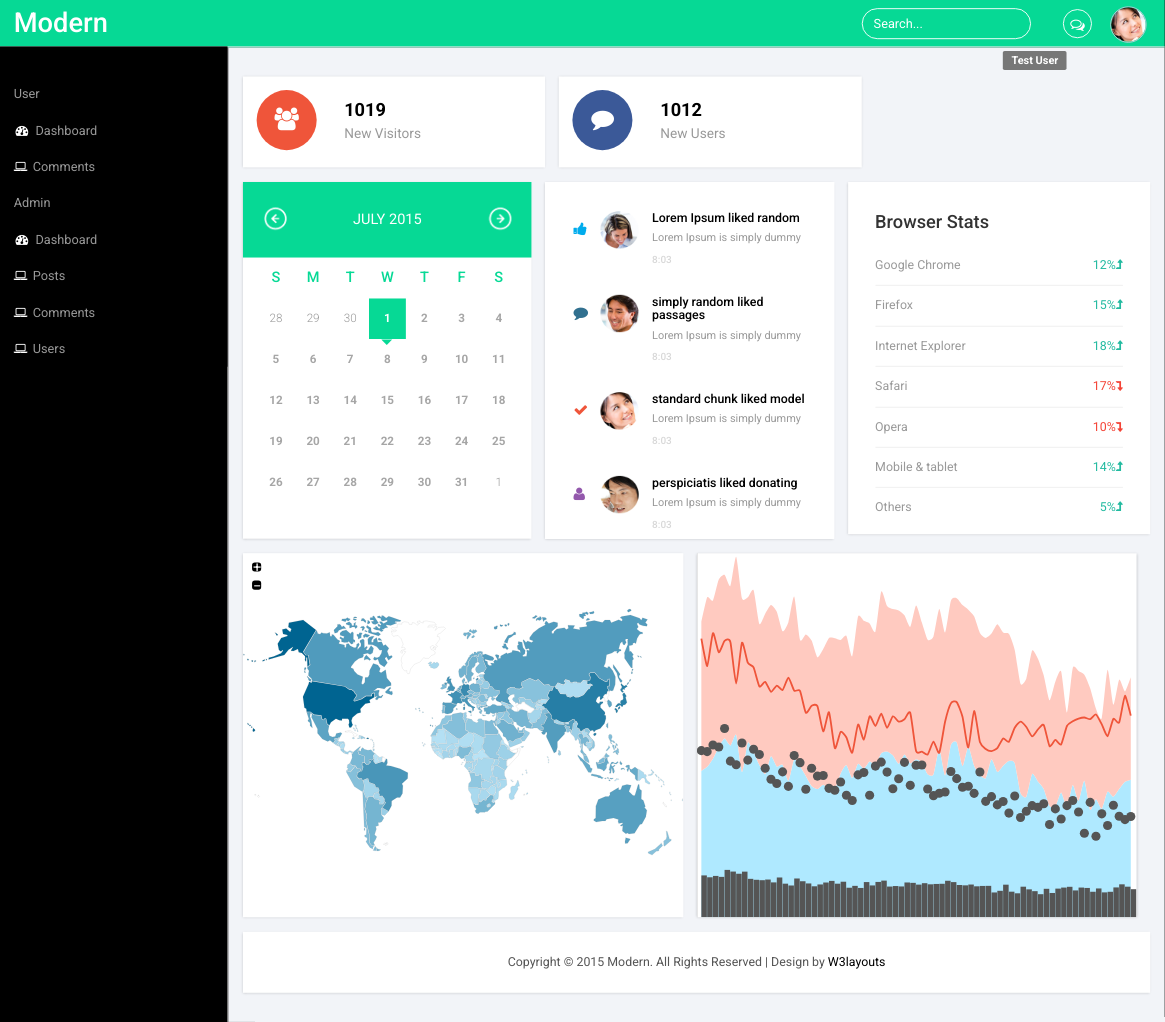
Repository: NomanMustafa/laravel-blog
Page: http://localhost/user/dashboard
The author's editor kept a copy of each file at every save. The page is drawn from the files as they stood at one save, then again after the next save.
The browser window is 1280 px wide. The pictures show the whole page, at 91% of full size.
The page is served by the project's Laravel application, run on PHP 8.4 with Laravel 8. A made-up administrator, Test User (test@example.com), is signed in. Other server files are loaded and not shown.

Above is the page before, as saved 2020-07-06 14:15:14.

### routes/web.php
<?php

use Illuminate\Support\Facades\Route;

/*
|--------------------------------------------------------------------------
| Web Routes
|--------------------------------------------------------------------------
|
| Here is where you can register web routes for your application. These
| routes are loaded by the RouteServiceProvider within a group which
| contains the "web" middleware group. Now create something great!
|
 */

// Route::get('/', function () {
//     return view('welcome');
// });
Route::get('/', 'PublicControler@index')->name('index');
Route::get('post/{post}', 'PublicControler@singlePost')->name('singlePost');
Route::get('/about', 'PublicControler@about')->name('about');
Route::get('/contect', 'PublicControler@contect')->name('contect');
Route::post('/contect', 'PublicControler@contectPost')->name('contectPost');

Auth::routes();
Route::get('/dashboard', 'HomeController@index')->name('dashboard');

Route::prefix('user')->group(function () {
    Route::get('dashboard', 'UserController@dashboard')->name('userDashboard');
    Route::get('comments', 'UserController@comments')->name('userComments');
    Route::get('profile', 'UserController@profile')->name('userProfile');
    Route::post('profile', 'UserController@profilePost')->name('userProfilePost');
});

Route::prefix('author')->group(function () {
    Route::get('dashboard', 'AuthorController@dashboard')->name('authorDashboard');
    Route::get('posts', 'AuthorController@posts')->name('authorPosts');
    Route::get('comments', 'AuthorController@comments')->name('authorComments');
});

Route::prefix('admin')->group(function () {
    Route::get('/dashboard', 'AdminController@dashboard')->name('adminDashboard');
    Route::get('/posts', 'AdminController@posts')->name('adminPosts');
    Route::get('/comments', 'AdminController@comments')->name('adminComments');
    Route::get('/users', 'AdminController@users')->name('adminUsers');
});

### app/Http/Controllers/UserController.php
<?php

namespace App\Http\Controllers;

use Illuminate\Http\Request;
use App\Http\Requests\UpdateUser;
use Illuminate\Support\Facades\Auth;

class UserController extends Controller
{
    public function dashboard()
    {
        return view('user.dashboard');
    }

    public function comments()
    {
        return view('user.comments');
    }
    public function profile()
    {
        return view('user.profile');
    }
    public function profilePost(UpdateUser $request)
    {
        $user= Auth::user();
        $user->name = $request['name'];
        $user->email = $request['email'];
        $user->save();

        return back();

        dd($request->all());
    }

}

### resources/views/user/dashboard.blade.php
@extends('layouts.admin')

@section('content')
  <div id="page-wrapper">
        <div class="graphs">
     	<div class="col_3">

        	<div class="col-md-4 widget widget1">
        		<div class="r3_counter_box">
                    <i class="pull-left fa fa-users user1 icon-rounded"></i>
                    <div class="stats">
                      <h5><strong>1019</strong></h5>
                      <span>New Visitors</span>
                    </div>
                </div>
        	</div>
        	<div class="col-md-4 widget widget1">
        		<div class="r3_counter_box">
                    <i class="pull-left fa fa-comment user2 icon-rounded"></i>
                    <div class="stats">
                      <h5><strong>1012</strong></h5>
                      <span>New Users</span>
                    </div>
                </div>
        	</div>

        	<div class="clearfix"> </div>
      </div>
      <div class="col_1">
		    <div class="col-md-4 span_7">
		      <div class="cal1 cal_2"><div class="clndr"><div class="clndr-controls"><div class="clndr-control-button"><p class="clndr-previous-button">previous</p></div><div class="month">July 2015</div><div class="clndr-control-button rightalign"><p class="clndr-next-button">next</p></div></div><table class="clndr-table" border="0" cellspacing="0" cellpadding="0"><thead><tr class="header-days"><td class="header-day">S</td><td class="header-day">M</td><td class="header-day">T</td><td class="header-day">W</td><td class="header-day">T</td><td class="header-day">F</td><td class="header-day">S</td></tr></thead><tbody><tr><td class="day adjacent-month last-month calendar-day-2015-06-28"><div class="day-contents">28</div></td><td class="day adjacent-month last-month calendar-day-2015-06-29"><div class="day-contents">29</div></td><td class="day adjacent-month last-month calendar-day-2015-06-30"><div class="day-contents">30</div></td><td class="day calendar-day-2015-07-01"><div class="day-contents">1</div></td><td class="day calendar-day-2015-07-02"><div class="day-contents">2</div></td><td class="day calendar-day-2015-07-03"><div class="day-contents">3</div></td><td class="day calendar-day-2015-07-04"><div class="day-contents">4</div></td></tr><tr><td class="day calendar-day-2015-07-05"><div class="day-contents">5</div></td><td class="day calendar-day-2015-07-06"><div class="day-contents">6</div></td><td class="day calendar-day-2015-07-07"><div class="day-contents">7</div></td><td class="day calendar-day-2015-07-08"><div class="day-contents">8</div></td><td class="day calendar-day-2015-07-09"><div class="day-contents">9</div></td><td class="day calendar-day-2015-07-10"><div class="day-contents">10</div></td><td class="day calendar-day-2015-07-11"><div class="day-contents">11</div></td></tr><tr><td class="day calendar-day-2015-07-12"><div class="day-contents">12</div></td><td class="day calendar-day-2015-07-13"><div class="day-contents">13</div></td><td class="day calendar-day-2015-07-14"><div class="day-contents">14</div></td><td class="day calendar-day-2015-07-15"><div class="day-contents">15</div></td><td class="day calendar-day-2015-07-16"><div class="day-contents">16</div></td><td class="day calendar-day-2015-07-17"><div class="day-contents">17</div></td><td class="day calendar-day-2015-07-18"><div class="day-contents">18</div></td></tr><tr><td class="day calendar-day-2015-07-19"><div class="day-contents">19</div></td><td class="day calendar-day-2015-07-20"><div class="day-contents">20</div></td><td class="day calendar-day-2015-07-21"><div class="day-contents">21</div></td><td class="day calendar-day-2015-07-22"><div class="day-contents">22</div></td><td class="day calendar-day-2015-07-23"><div class="day-contents">23</div></td><td class="day calendar-day-2015-07-24"><div class="day-contents">24</div></td><td class="day calendar-day-2015-07-25"><div class="day-contents">25</div></td></tr><tr><td class="day calendar-day-2015-07-26"><div class="day-contents">26</div></td><td class="day calendar-day-2015-07-27"><div class="day-contents">27</div></td><td class="day calendar-day-2015-07-28"><div class="day-contents">28</div></td><td class="day calendar-day-2015-07-29"><div class="day-contents">29</div></td><td class="day calendar-day-2015-07-30"><div class="day-contents">30</div></td><td class="day calendar-day-2015-07-31"><div class="day-contents">31</div></td><td class="day adjacent-month next-month calendar-day-2015-08-01"><div class="day-contents">1</div></td></tr></tbody></table></div></div>
		    </div>
		    <div class="col-md-4 span_8">
		       <div class="activity_box">
		        <div class="scrollbar" id="style-2">
                   <div class="activity-row">
	                 <div class="col-xs-1"><i class="fa fa-thumbs-up text-info icon_13"> </i>  </div>
	                 <div class="col-xs-3 activity-img"><img src='{{ asset('admin/assets/images/5.png') }}' class="img-responsive" alt=""/></div>
	                 <div class="col-xs-8 activity-desc">
	                 	<h5><a href="#">Lorem Ipsum</a> liked <a href="#">random</a></h5>
	                    <p>Lorem Ipsum is simply dummy</p>
	                    <h6>8:03</h6>
	                 </div>
	                 <div class="clearfix"> </div>
                    </div>
	  			    <div class="activity-row">
	                 <div class="col-xs-1"><i class="fa fa-comment text-info"></i> </div>
	                 <div class="col-xs-3 activity-img"><img src='{{ asset('admin/assets/images/3.png') }}' class="img-responsive" alt=""/></div>
	                 <div class="col-xs-8 activity-desc">
	                 	<h5><a href="#">simply random</a> liked <a href="#">passages</a></h5>
	                    <p>Lorem Ipsum is simply dummy</p>
	                    <h6>8:03</h6>
	                 </div>
	                 <div class="clearfix"> </div>
                    </div>
                    <div class="activity-row">
	                 <div class="col-xs-1"><i class="fa fa-check text-info icon_11"></i></div>
	                 <div class="col-xs-3 activity-img"><img src='{{ asset('admin/assets/images/1.png') }}' class="img-responsive" alt=""/></div>
	                 <div class="col-xs-8 activity-desc">
	                 	<h5><a href="#">standard chunk</a> liked <a href="#">model</a></h5>
	                    <p>Lorem Ipsum is simply dummy</p>
	                    <h6>8:03</h6>
	                 </div>
	                 <div class="clearfix"> </div>
                    </div>
                    <div class="activity-row1">
	                 <div class="col-xs-1"><i class="fa fa-user text-info icon_12"></i></div>
	                 <div class="col-xs-3 activity-img"><img src='{{ asset('admin/assets/images/4.png') }}' class="img-responsive" alt=""/></div>
	                 <div class="col-xs-8 activity-desc">
	                 	<h5><a href="#">perspiciatis</a> liked <a href="#">donating</a></h5>
	                    <p>Lorem Ipsum is simply dummy</p>
	                    <h6>8:03</h6>
	                 </div>
	                 <div class="clearfix"> </div>
                     </div>
	  		        </div>
		          </div>
		    </div>
			<div class="col-md-4 stats-info">
                <div class="panel-heading">
                    <h4 class="panel-title">Browser Stats</h4>
                </div>
                <div class="panel-body">
                    <ul class="list-unstyled">
                        <li>Google Chrome<div class="text-success pull-right">12%<i class="fa fa-level-up"></i></div></li>
                        <li>Firefox<div class="text-success pull-right">15%<i class="fa fa-level-up"></i></div></li>
                        <li>Internet Explorer<div class="text-success pull-right">18%<i class="fa fa-level-up"></i></div></li>
                        <li>Safari<div class="text-danger pull-right">17%<i class="fa fa-level-down"></i></div></li>
                        <li>Opera<div class="text-danger pull-right">10%<i class="fa fa-level-down"></i></div></li>
                        <li>Mobile &amp; tablet<div class="text-success pull-right">14%<i class="fa fa-level-up"></i></div></li>
                        <li class="last">Others<div class="text-success pull-right">5%<i class="fa fa-level-up"></i></div></li>
                    </ul>
                </div>
            </div>
            <div class="clearfix"> </div>
	  </div>
	  <div class="span_11">
		<div class="col-md-6 col_4">
		  <div class="map_container"><div id="vmap" style="width: 100%; height: 400px;"></div></div>
		  <!----Calender -------->
			<link rel="stylesheet" href="{{ asset('admin/assets/css/clndr.css') }}" type="text/css" />
			<script src="{{ asset('admin/assets/js/underscore-min.js') }}" type="text/javascript"></script>
			<script src= "{{ asset('admin/assets/js/moment-2.2.1.js') }}" type="text/javascript"></script>
			<script src="{{ asset('admin/assets/js/clndr.js') }}" type="text/javascript"></script>
			<script src="{{ asset('admin/assets/js/site.js') }}" type="text/javascript"></script>
			<!----End Calender -------->
		</div>
		<div class="col-md-6 col_5">
		  <div id="chart_container">
		   <div id="chart"></div>
	       <div id="slider"></div>
@endsection

### resources/views/includes/admin/headerNavigation.blade.php
  <nav class="top1 navbar navbar-default navbar-static-top" role="navigation" style="margin-bottom: 0">
<div class="navbar-header">
     <button type="button" class="navbar-toggle" data-toggle="collapse" data-target=".navbar-collapse">
         <span class="sr-only">Toggle navigation</span>
         <span class="icon-bar"></span>
         <span class="icon-bar"></span>
         <span class="icon-bar"></span>
     </button>
     <a class="navbar-brand" href="index.html">Modern</a>
 </div>
 <!-- /.navbar-header -->
 <ul class="nav navbar-nav navbar-right">
     <li class="dropdown">
         <a href="#" class="dropdown-toggle" data-toggle="dropdown" aria-expanded="false"><i class="fa fa-comments-o"></i></a> <span class="badge">{{ Auth::user()->name }}</span>

     <li class="dropdown">
         <a href="#" class="dropdown-toggle avatar" data-toggle="dropdown"><img src="{{ asset('admin/assets/images/1.png') }}"></a>
         <ul class="dropdown-menu">

             <form id="logout-form" method="post" action="{{ route('logout') }}"> @csrf </form>
             <li class="m_2"><a href="#" onclick="document.getElementById('logout-form').submit();"><i class="fa fa-lock"></i> Logout</a></li>
         </ul>
     </li>
 </ul>
 <form class="navbar-form navbar-right">
     <input type="text" class="form-control" value="Search..." onfocus="this.value = '';" onblur="if (this.value == '') {this.value = 'Search...';}">
 </form>

### resources/views/includes/admin/sideBar.blade.php
<div class="navbar-default sidebar" role="navigation">
    <div class="sidebar-nav navbar-collapse">
        <ul class="nav" id="side-menu">
            <li><a>User</a> </li>
            <li>
                <a href="{{ route('userDashboard') }}"><i class="fa fa-dashboard fa-fw nav_icon {{ Route::currentRouteName()== 'userDashboard' ? 'active': ''}}"></i>Dashboard</a>
            </li>
            <li>
                <a href="{{ route('userComments') }}"><i class="fa fa-laptop nav_icon {{ Route::currentRouteName()== 'userComments' ? 'active': ''}}" ></i>Comments</a>

                <!-- /.nav-second-level -->
            </li>
            @if(Auth::user()->author==true)
            <li> <a>Author</a> </li>
            <li>
                <a href="{{ route('authorDashboard') }}"><i class="fa fa-dashboard fa-fw nav_icon {{ Route::currentRouteName()== 'authorDashboard' ? 'active': ''}}"></i>Dashboard</a>
            </li>
            <li>
                <a href="{{ route('authorPosts') }}"><i class="fa fa-laptop nav_icon {{ Route::currentRouteName()== 'authorPosts' ? 'active': ''}}"></i>Posts</a>

                <!-- /.nav-second-level -->
            </li>
            <li>
                <a href="{{ route('authorComments') }}"><i class="fa fa-laptop nav_icon {{ Route::currentRouteName()== 'authorComments' ? 'active': ''}}"></i>Comments</a>

                <!-- /.nav-second-level -->
            </li>
            @endif
            @if(Auth::user()->admin==true)
            <li><a>Admin</a></li>
            <li>
                <a href="{{ route('adminDashboard') }}"><i class="fa fa-dashboard fa-fw nav_icon {{ Route::currentRouteName()== 'adminDashboard' ? 'active': ''}}"></i>Dashboard</a>
            </li>
            <li>
                <a href="{{ route('adminPosts') }}"><i class="fa fa-laptop nav_icon {{ Route::currentRouteName()== 'adminPosts' ? 'active': ''}}"></i>Posts</a>

                <!-- /.nav-second-level -->
            </li>
            <li>
                <a href="{{ route('adminComments') }}"><i class="fa fa-laptop nav_icon {{ Route::currentRouteName()== 'adminComments' ? 'active': ''}}"></i>Comments</a>

                <!-- /.nav-second-level -->
            </li>
            <li>
                <a href="{{ route('adminUsers') }}"><i class="fa fa-laptop nav_icon {{ Route::currentRouteName()== 'adminUsers' ? 'active': ''}}"></i>Users</a>

                <!-- /.nav-second-level -->
            </li>

            @endif

        </ul>
    </div>
    <!-- /.sidebar-collapse -->
</div>
<!-- /.navbar-static-side -->
  </nav>

### public/admin/assets/css/custom.css
#wrapper {
    width: 100%;
}
#page-wrapper {
    /*--padding: 0 15px;--*/
    min-height: 568px;
    background-color: #fff;
}

@media(min-width:768px) {
    #page-wrapper {
        position: inherit;
        margin: 0 0 0 250px;
        /*--padding: 0 30px;--*/
        border-left: 1px solid #e7e7e7;
    }
}

.navbar-top-links {
    margin-right: 0;
}

.navbar-top-links li {
    display: inline-block;
}

.navbar-top-links li:last-child {
    margin-right: 15px;
}

.navbar-top-links li a {
    padding: 15px;
    min-height: 50px;
}

.navbar-top-links .dropdown-menu li {
    display: block;
}

.navbar-top-links .dropdown-menu li:last-child {
    margin-right: 0;
}

.navbar-top-links .dropdown-menu li a {
    padding: 3px 20px;
    min-height: 0;
}

.navbar-top-links .dropdown-menu li a div {
    white-space: normal;
}

.navbar-top-links .dropdown-messages,
.navbar-top-links .dropdown-tasks,
.navbar-top-links .dropdown-alerts {
    width: 310px;
    min-width: 0;
}
.navbar-top-links .dropdown-messages {
    margin-left: 5px;
}
.navbar-top-links .dropdown-tasks {
    margin-left: -59px;
}

.navbar-top-links .dropdown-alerts {
    margin-left: -123px;
}

.navbar-top-links .dropdown-user {
    right: 0;
    left: auto;
}

.sidebar .sidebar-nav.navbar-collapse {
    padding-right: 0;
    padding-left: 0;
}

.sidebar .sidebar-search {
    padding: 15px;
}
.sidebar .arrow {
    float: right;
}

.sidebar .fa.arrow:before {
    content: "\f104";
}

.sidebar .active>a>.fa.arrow:before {
    content: "\f107";
}

.sidebar .nav-second-level li,
.sidebar .nav-third-level li {
    border-bottom: 0!important;
}

.sidebar .nav-second-level li a {
    padding-left: 37px;
}

.sidebar .nav-third-level li a {
    padding-left: 52px;
}

@media(min-width:768px) {
    .sidebar {
        z-index: 1;
        position: absolute;
        width: 250px;
        margin-top: 51px;
    }

    .navbar-top-links .dropdown-messages,
    .navbar-top-links .dropdown-tasks,
    .navbar-top-links .dropdown-alerts {
        margin-left: auto;
    }
}

### public/admin/assets/css/jqvmap.css
/*!
 * jQVMap Version 1.0
 *
 * http://jqvmap.com
 *
 * Copyright 2012, Peter Schmalfeldt <manifestinteractive@gmail.com>
 * Licensed under the MIT license.
 *
 * Fork Me @ https://github.com/manifestinteractive/jqvmap
 */
.jqvmap-label
{
	position: absolute;
	display: none;
	-webkit-border-radius: 3px;
	-moz-border-radius: 3px;
	border-radius: 3px;
	background: #292929;
	color: white;
	font-family: sans-serif, Verdana;
	font-size: smaller;
	padding: 3px;
}
.jqvmap-zoomin, .jqvmap-zoomout
{
  position: absolute;
  left: 10px;
  -webkit-border-radius: 3px;
  -moz-border-radius: 3px;
  border-radius: 3px;
  background: #000000;
  padding: 1px;
  color: white;
  width: 10px;
  height: 10px;
  cursor: pointer;
  line-height: 9px;
  text-align: center;
}
.jqvmap-zoomin
{
	top: 10px;
}
.jqvmap-zoomout
{
	top: 30px;
}
.jqvmap-region
{
  cursor: pointer;
}
.jqvmap-ajax_response
{
  width: 100%;
  height: 500px;
}

Loaded but not shown: app/Providers/AppServiceProvider.php (common file); app/Http/Controllers/Auth/LoginController.php (common file); app/Http/Controllers/Controller.php (common file); app/Http/Controllers/Auth/ConfirmPasswordController.php (common file); app/User.php (common file); public/admin/assets/css/bootstrap.min.css (library); public/admin/assets/css/font-awesome.css (library); public/admin/assets/js/jquery.min.js (library); public/admin/assets/js/metisMenu.min.js (common file); public/admin/assets/js/d3.v3.js (library); public/admin/assets/js/underscore-min.js (library); public/admin/assets/js/moment-2.2.1.js (library); public/admin/assets/js/jquery.vmap.js (library); public/admin/assets/js/jquery.vmap.sampledata.js (common file); public/admin/assets/js/jquery.vmap.world.js (library); public/admin/assets/js/bootstrap.min.js (library); public/admin/assets/js/rickshaw.js (3908 lines, source omitted); public/admin/assets/js/clndr.js (833 lines, source omitted); public/admin/assets/js/site.js (90 lines, source omitted); public/admin/assets/js/custom.js (36 lines, source omitted); public/admin/assets/css/style.css (2713 lines, source omitted); resources/views/layouts/admin.blade.php (141 lines, source omitted); public/admin/assets/css/clndr.css (192 lines, source omitted); public/admin/assets/css/lines.css (198 lines, source omitted)

After the next save:
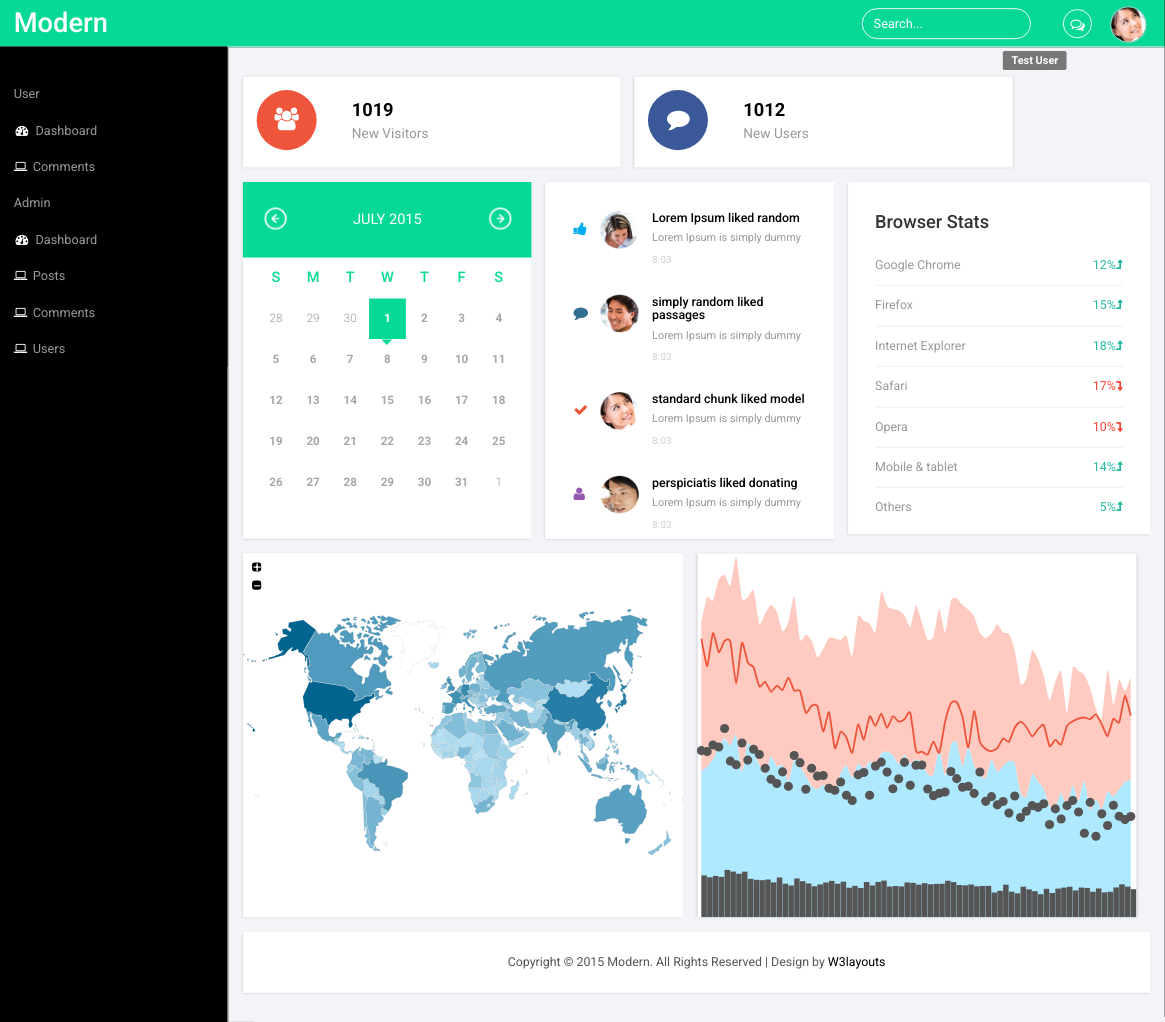
Saved 11 s later.
--- a/resources/views/user/dashboard.blade.php
+++ b/resources/views/user/dashboard.blade.php
@@ -5,7 +5,7 @@
         <div class="graphs">
      	<div class="col_3">
 
-        	<div class="col-md-4 widget widget1">
+        	<div class="col-md-5 widget widget1">
         		<div class="r3_counter_box">
                     <i class="pull-left fa fa-users user1 icon-rounded"></i>
                     <div class="stats">
@@ -14,7 +14,7 @@
                     </div>
                 </div>
         	</div>
-        	<div class="col-md-4 widget widget1">
+        	<div class="col-md-5 widget widget1">
         		<div class="r3_counter_box">
                     <i class="pull-left fa fa-comment user2 icon-rounded"></i>
                     <div class="stats">
